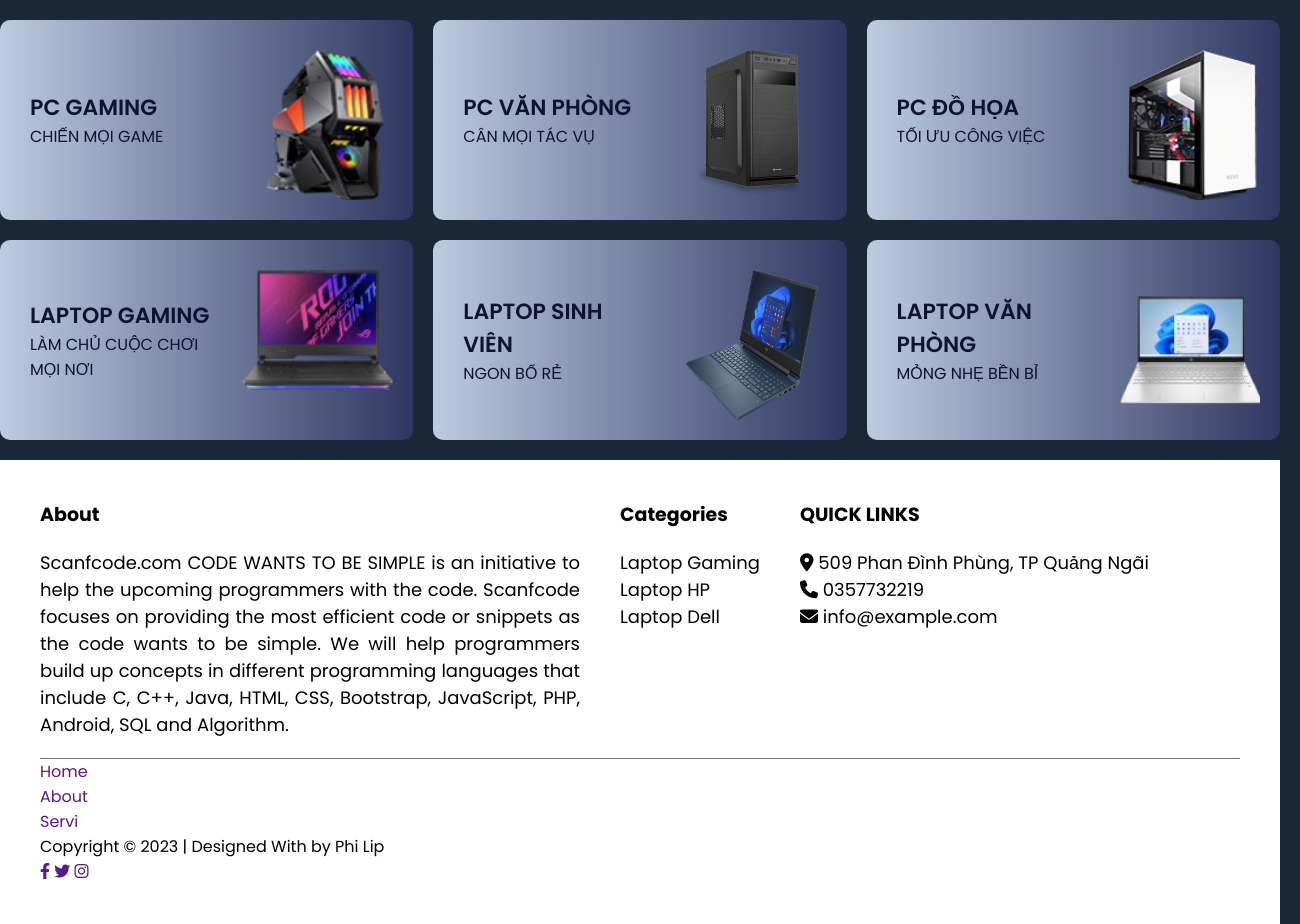
Repository: HPNChanel/DACS
Page: index.html
The author's editor kept a copy of each file at every save. The page is drawn from the files as they stood at one save, then again after the next save.
The browser window is 1280 px wide. The page is 1300 px wide, so the pictures cover 1300 px, including what lies to the right of the window. The pictures show the part of the page from y = 700 to 1624 px (the page is 1624 px tall before and 1574 px after).

Above is the page before, as saved 2023-04-11 15:20:39.

After the next save:
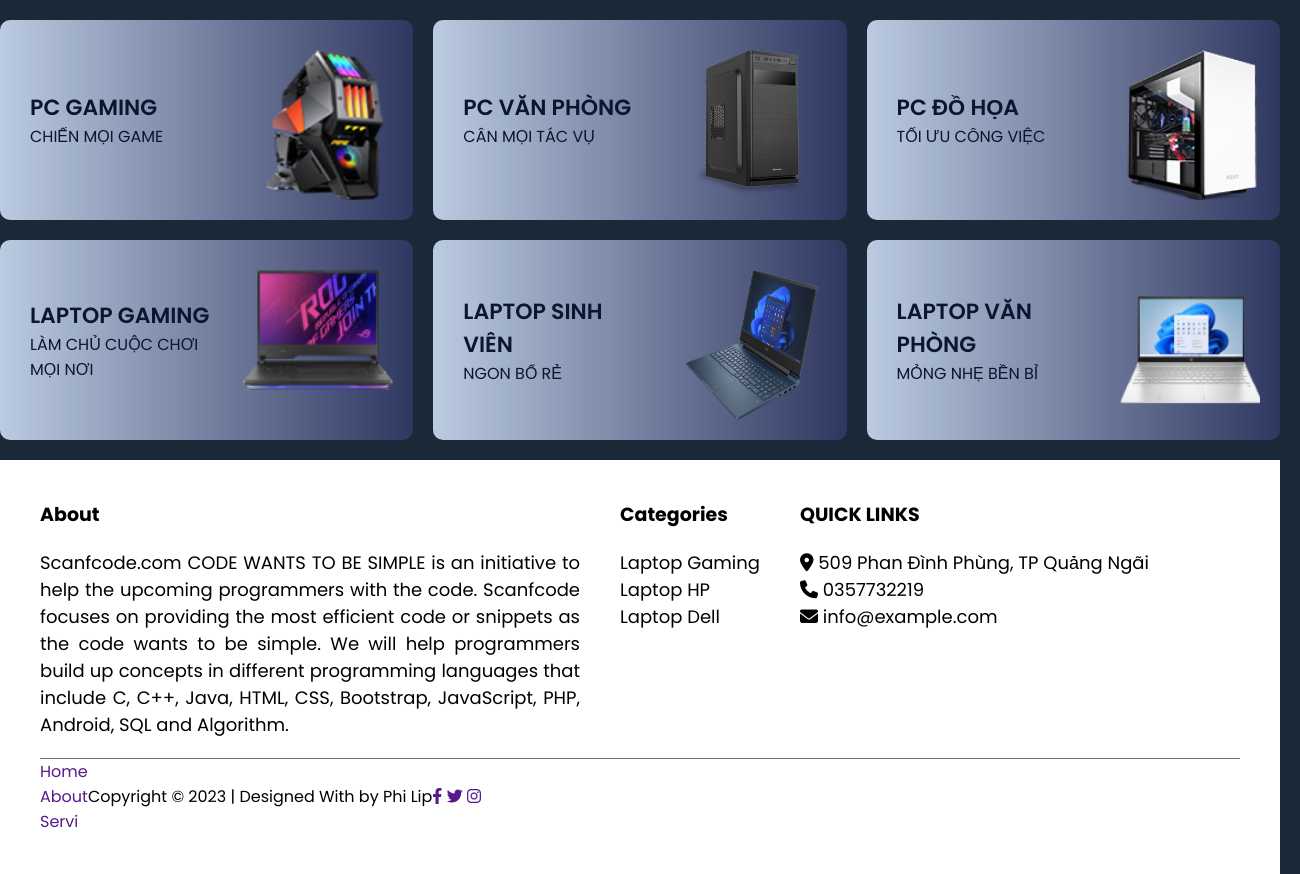
Saved 42 s later.
--- a/style/main.css
+++ b/style/main.css
@@ -205,3 +205,7 @@ h6 {
 .footer-categories {
     margin-right: 40px;
 }
+.footer-bottom {
+    display: flex;
+    align-items: center;
+}
